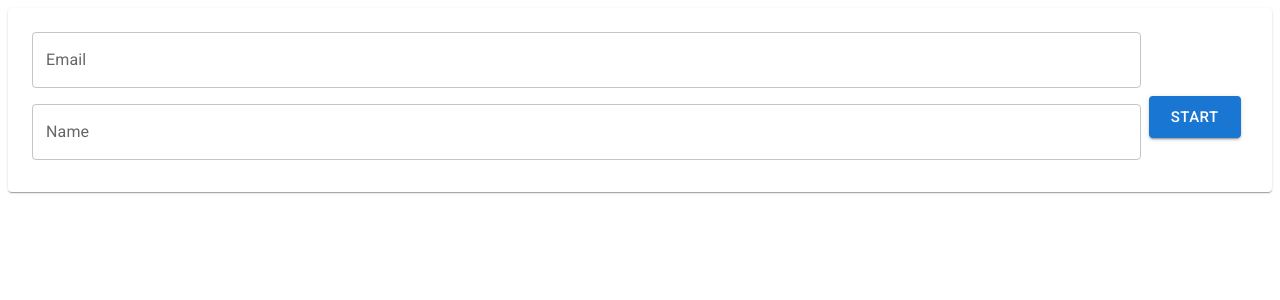
Repository: shikubro90/Quiz-App-React
Page: /
An editor plug-in stored every save of this project. The page is shown before and after a run of saves, followed by the edit.
The browser window is 1280 px wide. The pictures show the whole page.
The project was rebuilt for these pictures with package versions that can differ from the ones it lists, and the page was loaded fresh each time. Also part of the build but not shown: src/index.css, src/App.css.

Above is the page before, as saved 2022-06-25 01:52:36.

### src/App.js
import './App.css';
import Login from './components/Login';

function App() {
  return (
    <>
      <Login/>
    </>

  );
}

export default App;

### src/components/Login.jsx
import React from 'react';
import {Box, Button, Card, CardContent} from '@mui/material'
import { TextField } from '@mui/material';
import Center from './Center'

const Login = () => {
    return (
        <Center>
            <Card xs={{width: "400px"}}>
                <CardContent>
                    <Box sx={{
                        '& .MuiTextField-root' : {
                            m:1,
                            width: "90%"
                        }
                    }}>
                        <form noValidate>
                            <TextField
                            label="Email"
                            name="email"
                            variant='outlined'
                            />

                            <TextField
                            label="Name"
                            name="name"
                            variant='outlined'
                            />

                            <Button xs={{width: "90%"}}
                            type='submit'
                            variant='contained'
                            size='large'
                            >Start</Button>

                        </form>
                    </Box>
                </CardContent>
            </Card>
        </Center>
    );
};

export default Login;

### src/components/Center.jsx
import { Grid } from '@mui/material'
import React from 'react'

const Center = (props) => {
  return (
    <Grid
    container
    direction="column"
    alignItem ="center"
    justifyContent="center"
    xs={{minHeight : '100vh'}}>
        <Grid item xs={1}>
            {props.children}
        </Grid>
    </Grid>
  )
}

export default Center

Loaded but not shown: public/index.html (common file); src/index.js (common file); src/reportWebVitals.js (common file)

After the next 2 saves:
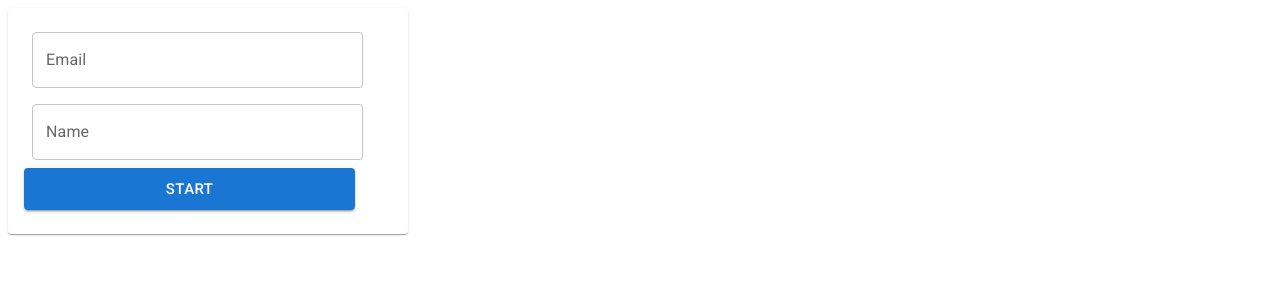
The 2 saves are shown as one change because they came seconds apart.
The last was saved 12 s later.
--- a/src/components/Login.jsx
+++ b/src/components/Login.jsx
@@ -6,7 +6,7 @@ import Center from './Center'
 const Login = () => {
     return (
         <Center>
-            <Card xs={{width: "400px"}}>
+            <Card sx={{width: "400px"}}>
                 <CardContent>
                     <Box sx={{
                         '& .MuiTextField-root' : {
@@ -27,7 +27,7 @@ const Login = () => {
                             variant='outlined'
                             />
 
-                            <Button xs={{width: "90%"}}
+                            <Button sx={{width: "90%"}}
                             type='submit'
                             variant='contained'
                             size='large'
